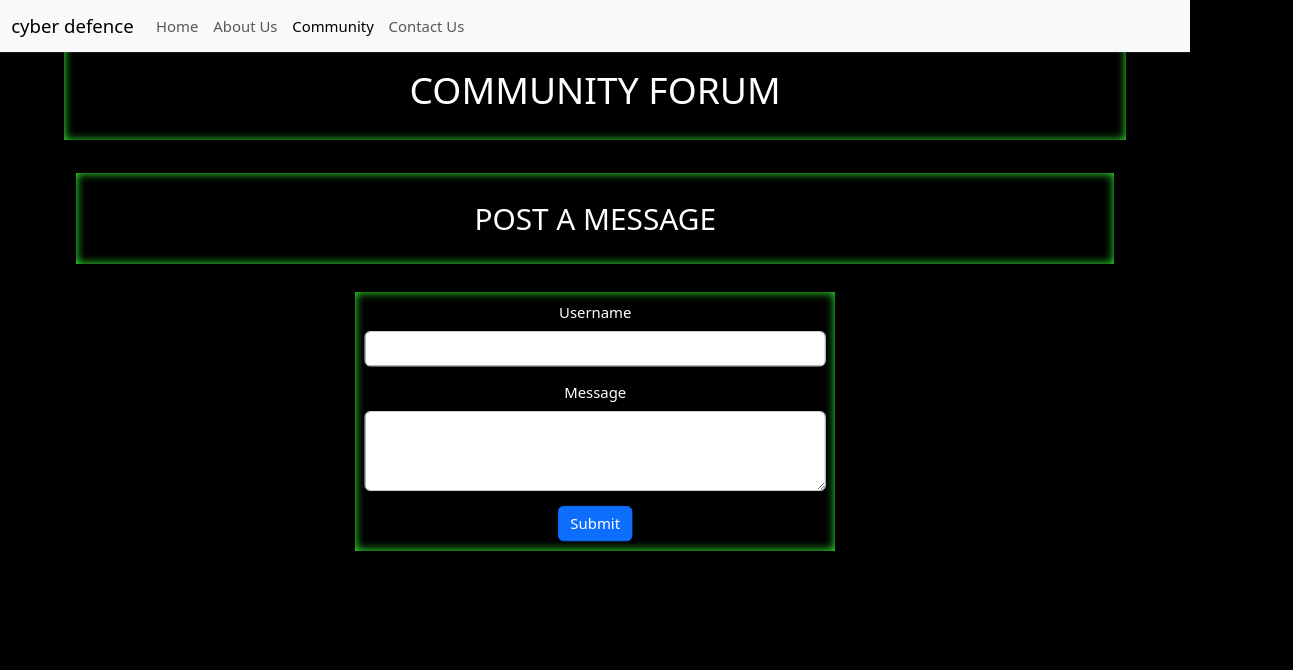
Repository: newworldhost/nwh
Page: community.html
The author's editor kept a copy of each file at every save. The page is drawn from the files as they stood at one save, then again after the next save.
The browser window is 1280 px wide. The page is 1280 px wide, then 1390 px, then 1280 px, so the pictures cover 1390 px, including what lies to the right of the window. The pictures show the whole page, at 93% of full size.

Above is the page before, as saved 2025-03-05 00:06:09.

After the next save:
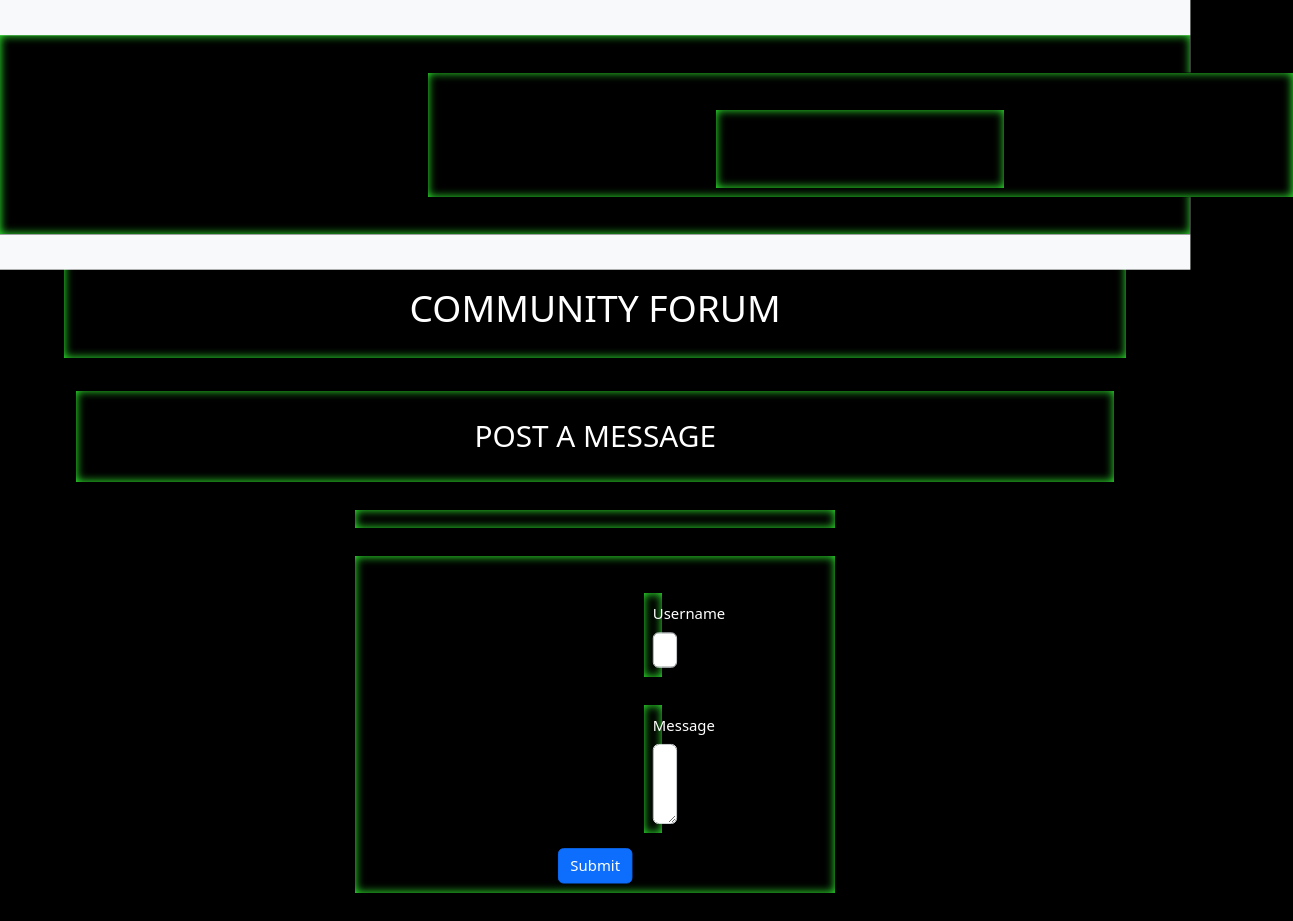
Saved 5 s later.
--- a/style.css
+++ b/style.css
@@ -51,4 +51,11 @@
     margin: 30px 300px 30px 300px;
     text-align:center;
 }
-div
+div {
+    background-color: black;
+    color: white;
+    padding: 10px;
+    box-shadow: inset 0 0 10px #33ff33;
+    margin: 30px 300px 30px 300px;
+    text-align:center;
+}

After the save that followed:
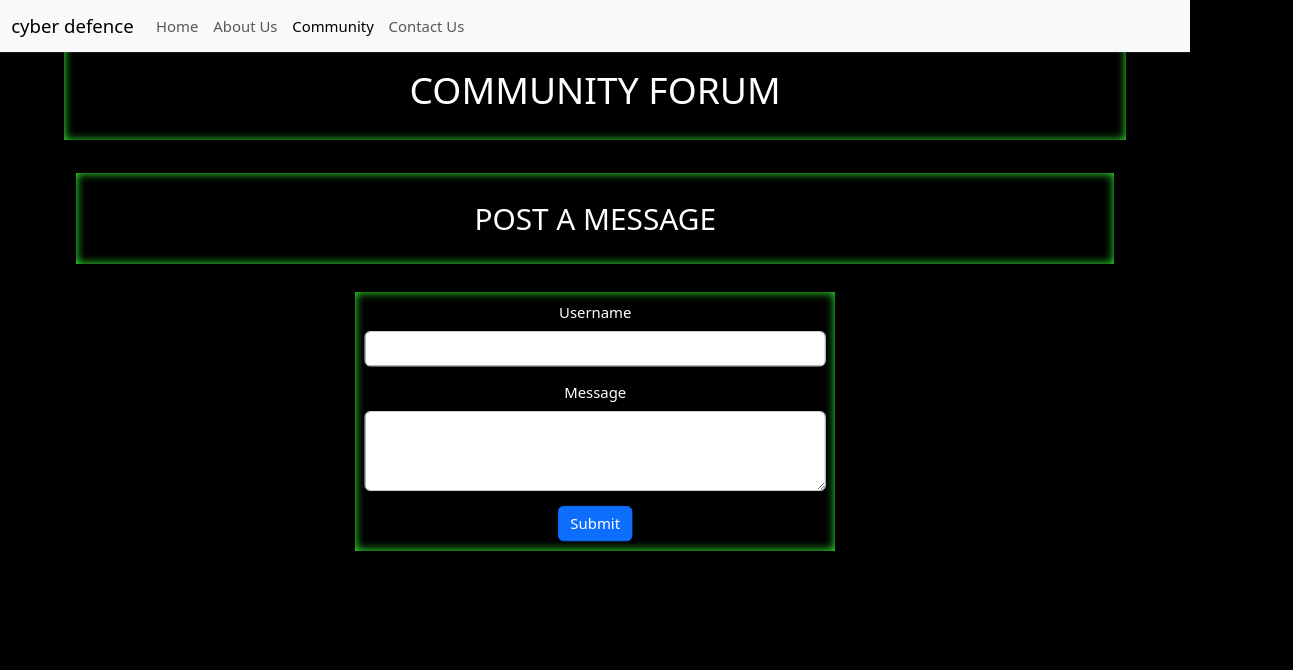
Saved 4 s later.
--- a/style.css
+++ b/style.css
@@ -51,11 +51,4 @@
     margin: 30px 300px 30px 300px;
     text-align:center;
 }
-div {
-    background-color: black;
-    color: white;
-    padding: 10px;
-    box-shadow: inset 0 0 10px #33ff33;
-    margin: 30px 300px 30px 300px;
-    text-align:center;
-}
+div
